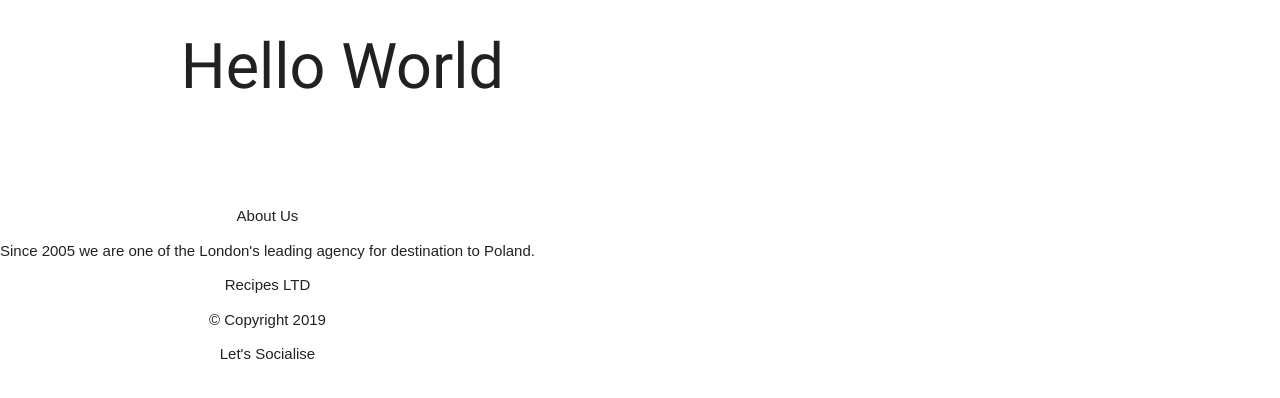
Repository: MarzDell/milestone-project
Page: templates/main.html
The author's editor kept a record of every edit. The page is drawn from the files as they stood at one moment, then again after the next edit.
The browser window is 1280 px wide. The pictures show the whole page.
The template is drawn by Flask 3. The application's start-up code is not run. Other server files are loaded and not shown. The template is opened directly, without the code that normally fills it, so the values that code supplies are empty.

Above is the page before.

### templates/main.html
{% extends 'index.html' %}
{% block content %}


<div class='row'>
    <h1>Hello World</h1>
</div>
{% endblock %}

### templates/index.html
<!DOCTYPE html>
<html lang="en">
<head>
    <link href="https://fonts.googleapis.com/icon?family=Material+Icons" rel="stylesheet">
    <link rel="stylesheet"  href="https://cdnjs.cloudflare.com/ajax/libs/materialize/0.100.2/css/materialize.min.css">
    <link rel="stylesheet" href="{{ url_for('static', filename='css/style.css') }}" type="text/css" />
</head>
<body>

    <div class='container'>
            {% block content %}
            {% endblock %}
    </div>
     <footer class="container-fluid ">
            <div class="row ">
                <div class="col-sm-4 ">
                    <h6 class="general about">About Us</h6>
                    <p class="inline-block ">
                        Since 2005 we are one of the London's leading agency for destination to Poland.
                    </p>
                </div>
                <div class="col-sm-4 ">
                    <h6 class="general copyright">Recipes LTD</h6>
                    <p class="inline-block">
                        &copy; Copyright 2019
                    </p>
                </div>
                <div class="col-sm-4 ">
                    <h6 class="general social">Let's Socialise</h6>
                    <ul class="list-inline social-links ">
                        <li><a target="_blank" href="# "><i class="fa fa-facebook "></i></a></li>
                        <li><a target="_blank" href="# "><i class="fa fa-twitter "></i></a></li>
                        <li><a target="_blank" href="# "><i class="fa fa-instagram "></i></a></li>
                        <li><a target="_blank" href="# "><i class="fa fa-youtube "></i></a></li>
                    </ul>
                </div>
            </div>
        </footer>

    <script src="https://cdnjs.cloudflare.com/ajax/libs/jquery/3.4.1/jquery.min.js"></script>
    <script src="https://cdnjs.cloudflare.com/ajax/libs/materialize/0.100.2/js/materialize.min.js"></script>

</body>
</html>

### static/css/style.css
footer {
    margin: 0 auto;
    position: absolute;
    margin-top: 30px;
    padding-top: 25px;
}

.col-sm-4 {
    text-align: center;
}

.fa {
    font-size: 30px;
}

.col-sm-4 {
    font-family: 'Poppins', sans-serif;
    font-weight: 200;
}

After the next edit:
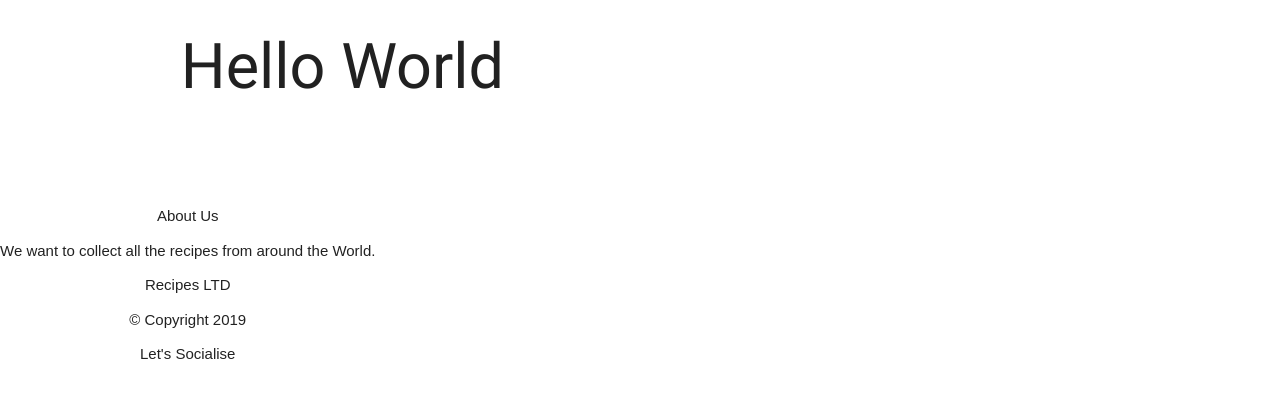
The edit:
--- a/templates/index.html
+++ b/templates/index.html
@@ -16,7 +16,7 @@
                 <div class="col-sm-4 ">
                     <h6 class="general about">About Us</h6>
                     <p class="inline-block ">
-                        Since 2005 we are one of the London's leading agency for destination to Poland.
+                        We want to collect all the recipes from around the World.
                     </p>
                 </div>
                 <div class="col-sm-4 ">
